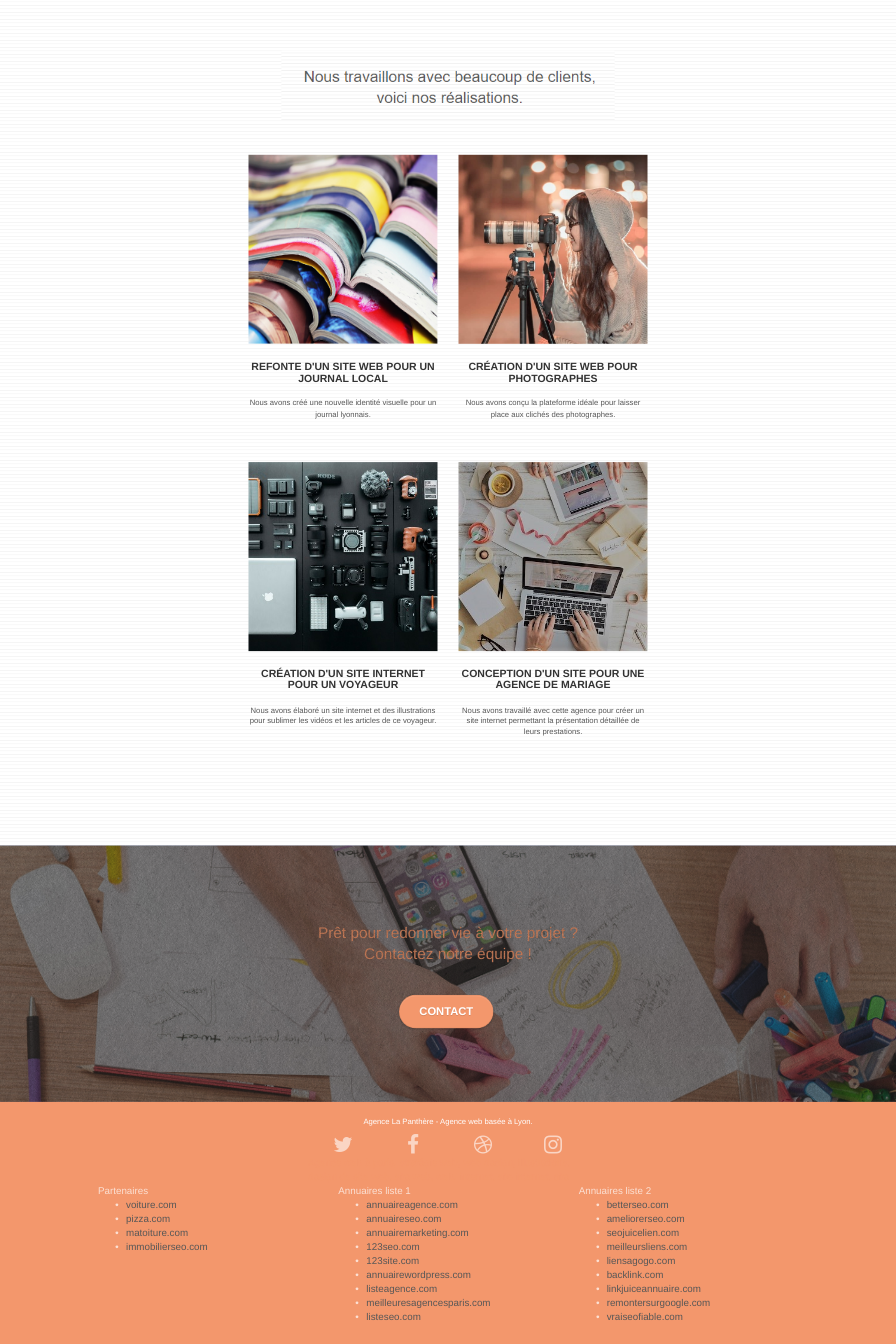
Repository: yacinebouk/la-panthere
Page: index.html
These files come from the project's save history. The page is drawn as it stood at one moment and after the next save; the edit follows.
The browser window is 1280 px wide. The pictures show the part of the page from y = 1733 to 3653 px (the page is 3653 px tall before and 3553 px after), at 70% of full size.

Above is the page before, as saved 2022-07-21 11:58:49.

After the next save:
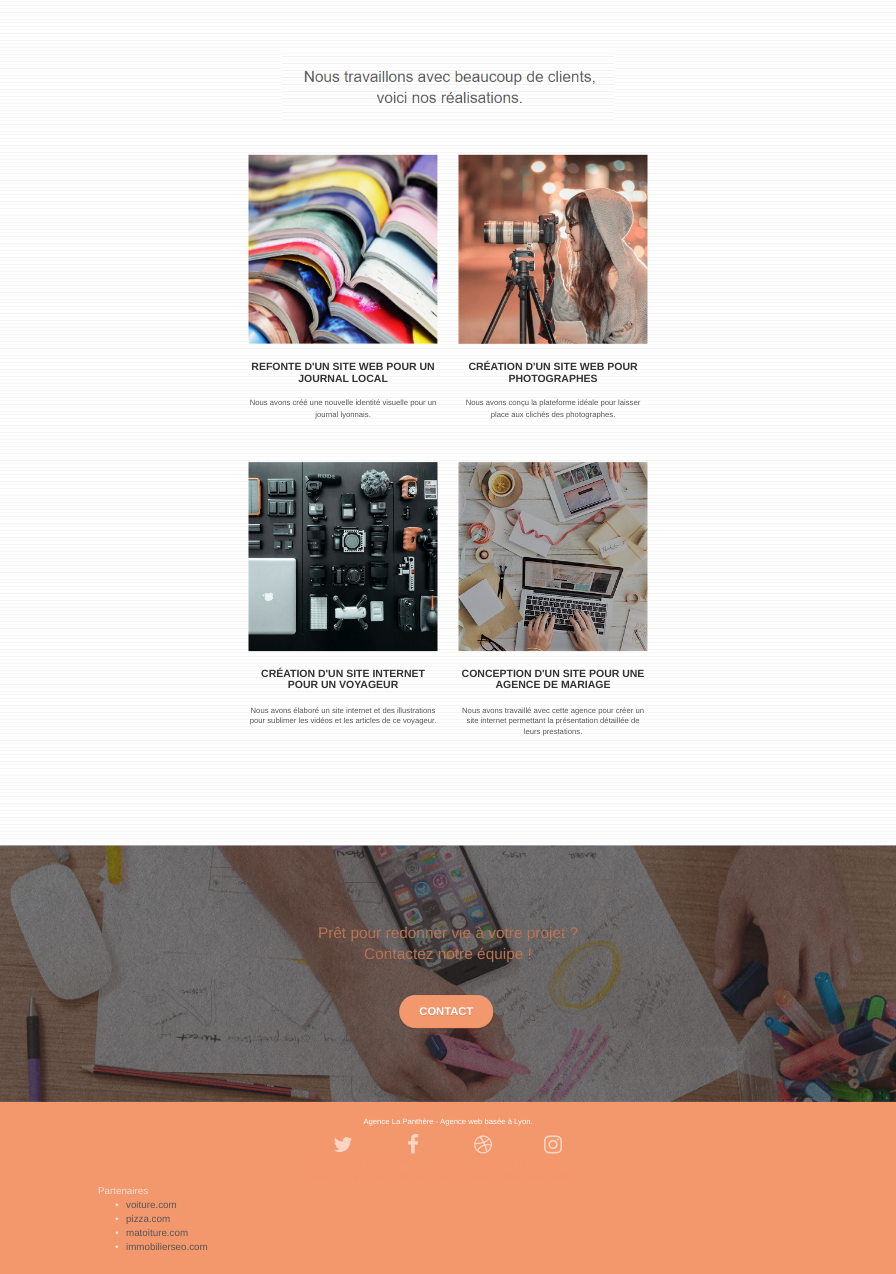
Saved 24 min 53 s later.
--- a/index.html
+++ b/index.html
@@ -258,34 +258,6 @@
                                     <li><a href="immobilierseo.com">immobilierseo.com</a></li>
                                 </ul>
                             </div>
-                            <div class="col-sm-4">
-                                Annuaires liste 1
-                                <ul>
-                                    <li><a href="annuaireagence.com">annuaireagence.com</a></li>
-                                    <li><a href="annuaireseo.com">annuaireseo.com</a></li>
-                                    <li><a href="annuairemarketing.com">annuairemarketing.com</a></li>
-                                    <li><a href="123seoture.com">123seo.com</a></li>
-                                    <li><a href="123site.com">123site.com</a></li>
-                                    <li><a href="annuairewordpress.com">annuairewordpress.com</a></li>
-                                    <li><a href="listeagence.com">listeagence.com</a></li>
-                                    <li><a href="meilleuresagencesparis.com">meilleuresagencesparis.com</a></li>
-                                    <li><a href="listeseo.com">listeseo.com</a></li>
-                                </ul>
-                            </div>
-                            <div class="col-sm-4">
-                                Annuaires liste 2
-                                <ul>
-                                    <li><a href="betterseo.com">betterseo.com</a></li>
-                                    <li><a href="ameliorerseo.com">ameliorerseo.com</a></li>
-                                    <li><a href="seojuicelien.com">seojuicelien.com</a></li>
-                                    <li><a href="meilleursliens.com">meilleursliens.com</a></li>
-                                    <li><a href="liensagogo.com">liensagogo.com</a></li>
-                                    <li><a href="backlink.com">backlink.com</a></li>
-                                    <li><a href="linkjuiceannuaire.com">linkjuiceannuaire.com</a></li>
-                                    <li><a href="remontersurgoogle.com">remontersurgoogle.com</a></li>
-                                    <li><a href="vraiseofiable.com">vraiseofiable.com</a></li>
-                                </ul>
-                            </div>
                         </div>
                     </div>
                 </div>
